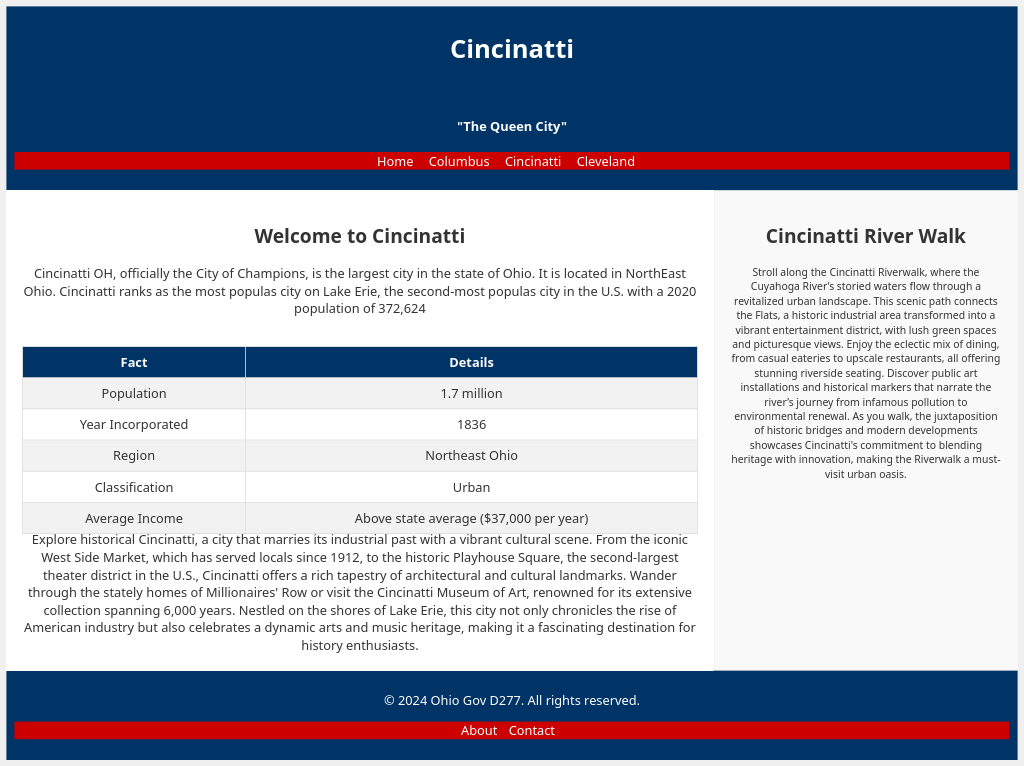
Repository: MikeeBuilds/FEWD-task1
Page: cincinatti.html
An editor plug-in stored every save of this project. The page is shown before and after the next save, followed by the edit.
The browser window is 1280 px wide. The pictures show the whole page, at 80% of full size.

Above is the page before, as saved 2024-07-02 20:07:09.

After the next save:
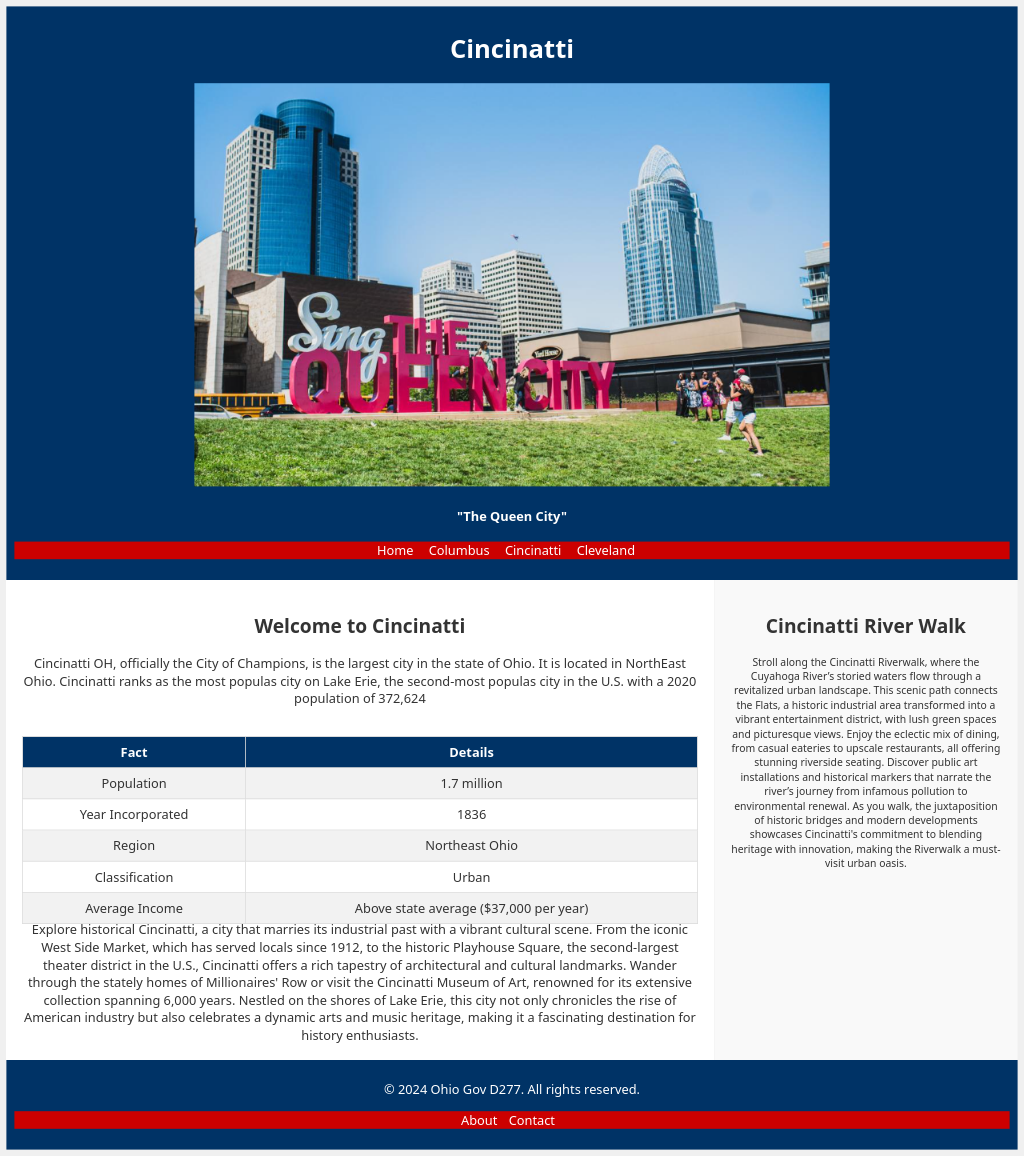
Saved 5 s later.
--- a/style.css
+++ b/style.css
@@ -173,7 +173,7 @@
     height: auto;
 }
 
-#cincinatti {
+#cincinnati {
     width: 0%;
     height: auto;
 }

After the save that followed:
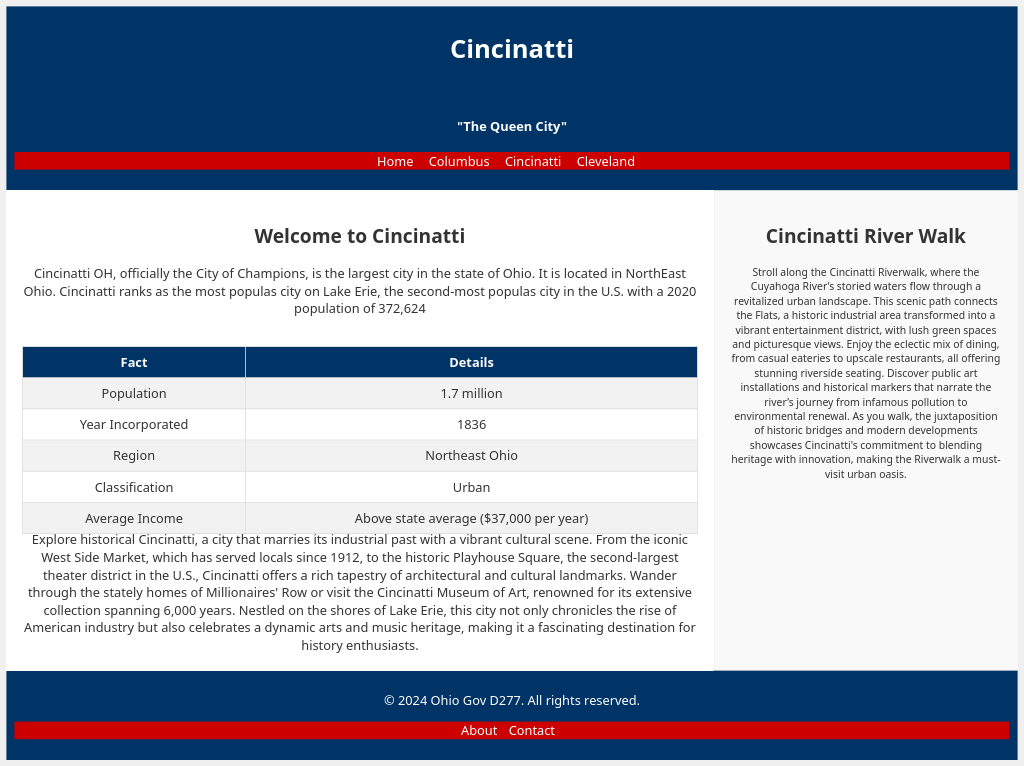
Saved 14 s later.
--- a/style.css
+++ b/style.css
@@ -173,7 +173,7 @@
     height: auto;
 }
 
-#cincinnati {
+#cincinatti {
     width: 0%;
     height: auto;
 }
